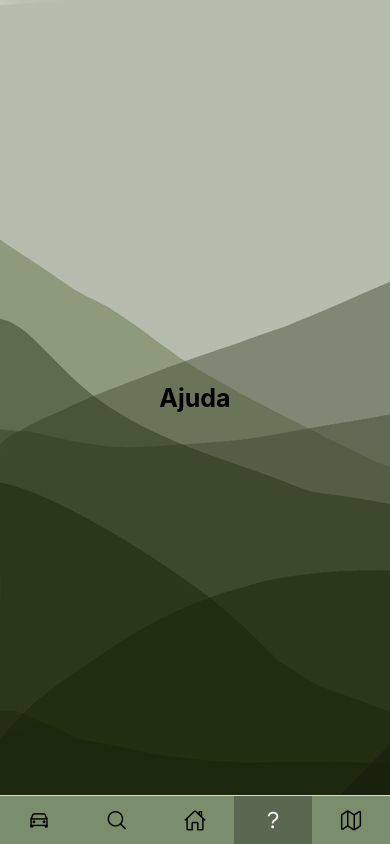
Repository: GabrielAron/EcoWheels
Screen: /Ajuda
An editor plug-in stored every save of this project. The screen is shown before and after a run of saves, followed by the edit.
The app was drawn by React Native's web renderer in a window 390 px wide. The project was rebuilt for these pictures with package versions that can differ from the ones it lists, and the page was loaded fresh each time. Also part of the build but not shown: src/Paginas/Home/index.js, src/Paginas/Carros/index.js, src/Paginas/Mapa/index.js.

Above is the screen before, as saved 2023-11-07 13:26:18.

### App.js
import React from 'react';
import Routes from './src/Paginas/routes';


export default function App() {
  return (
    <Routes />
  );

}

### src/Paginas/routes.js
import React from 'react';
import { createBottomTabNavigator } from '@react-navigation/bottom-tabs';
import { NavigationContainer } from '@react-navigation/native';
import { Ionicons } from '@expo/vector-icons';

import Home from './Home';
import Explorar from './Carros';
import Ajuda from './Ajuda';
import Reservas from './Locacoes';
import Recarga from './Mapa';

const Tab = createBottomTabNavigator();

export default function Routes() {
  return (
    <NavigationContainer>
      <Tab.Navigator
        tabBarOptions={{
          showLabel: false, // Oculta as etiquetas de texto das guias

          tabBarStyle:{
            position: 'absolute',
            borderTopWidth: 0,
            elevation: 0,
            backgroundColor: '#7A8D6D',
            height: 80, // Ajuste a altura conforme necessário
            borderRadius: 10,
            bottom: 14,
            left: 14,
            right: 14,
          },
          tabStyle: {
            elevation: 0,
          },
          inactiveBackgroundColor: '#7A8D6D',
          activeBackgroundColor: '#5A6851',
        }}
      >
        <Tab.Screen
          name="Reservas"
          component={Reservas}
          options={{
            headerShown: false,
            tabBarIcon: ({ color, size, focused }) => {
              if (focused) {
                return <Ionicons name="md-car" size={23} color="#FFF" />;
              } else {
                return <Ionicons name="md-car-outline" size={23} color="#000000" />;
              }
            },
          }}
        />
        <Tab.Screen
          name="Explorar"
          component={Explorar}
          options={{
            headerShown: false,
            tabBarIcon: ({ color, size, focused }) => {
              if (focused) {
                return <Ionicons name="md-search" size={23} color="#FFF" />;
              } else {
                return <Ionicons name="md-search-outline" size={23} color="#000000" />;
              }
            },
          }}
        />
        <Tab.Screen
          name="Home"
          component={Home}
          options={{
            headerShown: false,
            tabBarIcon: ({ color, size, focused }) => {
              if (focused) {
                return <Ionicons name="md-home" size={23} color="#FFF" />;
              } else {
                return <Ionicons name="md-home-outline" size={23} color="#000000" />;
              }
            },
          }}
        />
        <Tab.Screen
          name="Ajuda"
          component={Ajuda}
          options={{
            headerShown: false,
            tabBarIcon: ({ color, size, focused }) => {
              if (focused) {
                return <Ionicons name="md-help" size={23} color="#FFF" />;
              } else {
                return <Ionicons name="md-help-outline" size={23} color="#000000" />;
              }
            },
          }}
        />
        <Tab.Screen
          name="Recarga"
          component={Recarga}
          options={{
            headerShown: false,
            tabBarIcon: ({ color, size, focused }) => {
              if (focused) {
                return <Ionicons name="md-map" size={23} color="#FFF" />;
              } else {
                return <Ionicons name="md-map-outline" size={23} color="#000000" />;
              }
            },
          }}
        />
      </Tab.Navigator>
    </NavigationContainer>
  );
}

### src/Paginas/Ajuda/index.js
import React from 'react';
import { View, Text, ImageBackground, StyleSheet } from 'react-native';
import Fundo from '/imagens/fundoverde.jpg';

export default function Ajuda() {
  return (
    <View style={styles.container}>
      <ImageBackground source={Fundo} style={styles.image}>
        <Text style={styles.text}>Ajuda</Text>
      </ImageBackground>
    </View>
  );
}

const styles = StyleSheet.create({
  container: {
    flex: 1,
  },
  image: {
    flex: 1,
    resizeMode: 'cover',
    justifyContent: 'center',
  },
  text: {
    fontSize: 25,
    color: '#000',
    fontWeight: 'bold',
    textAlign: 'center',
  },
});

### src/Paginas/Locacoes/index.js
import React, { useEffect, useState } from 'react';
import { View, Text, ImageBackground, StyleSheet } from 'react-native';
import Fundo from '/imagens/fundoverde.jpg';

export default function Reservas() {

  return (
    <View style={styles.container}>
      <ImageBackground source={Fundo} style={styles.image}>
        <Text style={styles.text}>Carros</Text>

      </ImageBackground>
    </View>
  );
}

const styles = StyleSheet.create({
  container: {
    flex: 1,
  },
  image: {
    flex: 1,
    resizeMode: 'cover',
    justifyContent: 'center',
  },
  text: {
    color: '#fffeff',
    fontSize: 36,
    position: 'absolute',
    top: 50,
    left: 0,
    right: 0,
    fontWeight: 'bold',
    textAlign: 'center',
  },

});

After the next 2 saves:
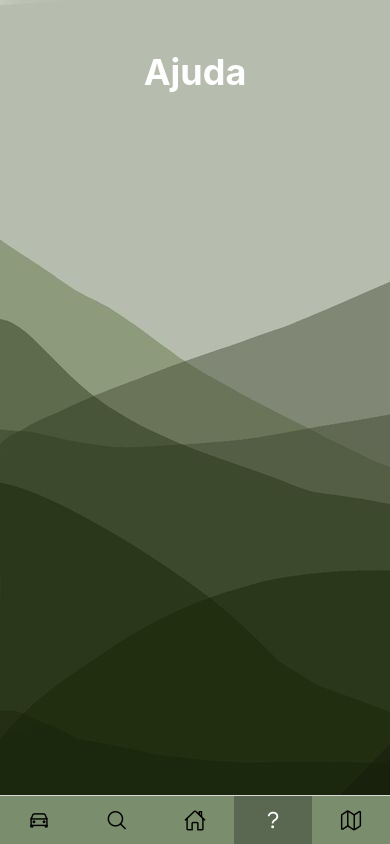
The 2 saves are shown as one change because they came seconds apart.
The last was saved 15 s later.
--- a/src/Paginas/Ajuda/index.js
+++ b/src/Paginas/Ajuda/index.js
@@ -1,12 +1,14 @@
-import React from 'react';
+import React, { useEffect, useState } from 'react';
 import { View, Text, ImageBackground, StyleSheet } from 'react-native';
 import Fundo from '/imagens/fundoverde.jpg';
 
-export default function Ajuda() {
+export default function Reservas() {
+
   return (
     <View style={styles.container}>
       <ImageBackground source={Fundo} style={styles.image}>
         <Text style={styles.text}>Ajuda</Text>
+
       </ImageBackground>
     </View>
   );
@@ -22,9 +24,14 @@ const styles = StyleSheet.create({
     justifyContent: 'center',
   },
   text: {
-    fontSize: 25,
-    color: '#000',
+    color: '#fffeff',
+    fontSize: 36,
+    position: 'absolute',
+    top: 50,
+    left: 0,
+    right: 0,
     fontWeight: 'bold',
     textAlign: 'center',
   },
+
 });
